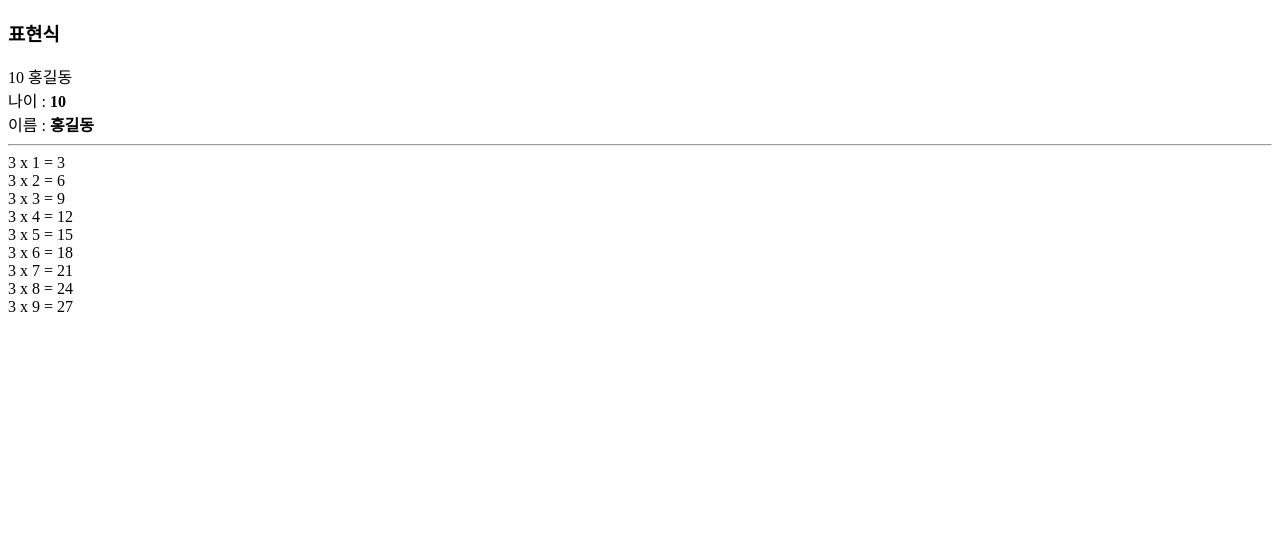
Repository: sun2898/JSP
Page: http://localhost/JSPBasic/jsptag/scriptlet02.jsp
The author's editor kept a copy of each file at every save. The page is drawn from the files as they stood at one save, then again after the next save.
The browser window is 1280 px wide. The pictures show the whole page.
The page is served by Tomcat 9. Nobody is signed in. The application's start-up code is not run.

Above is the page before, as saved 2023-06-01 06:29:47.

After the next save:
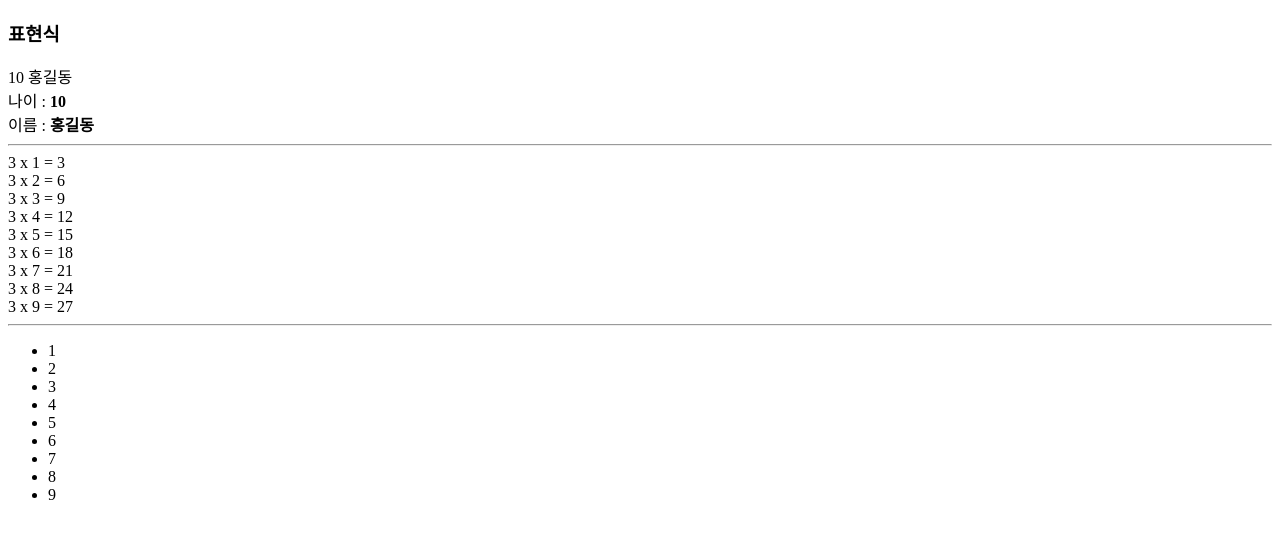
Saved 9 min 44 s later.
--- a/JSPBasic/src/main/webapp/jsptag/scriptlet02.jsp
+++ b/JSPBasic/src/main/webapp/jsptag/scriptlet02.jsp
@@ -25,13 +25,25 @@
 	나이 : <b><%= a %></b><br/>
 	이름 : <b><%= str %></b>
 
-	<hr>
+	<hr/>
 
 	<% for(int i = 1; i <= 9; i++) { %>
-	3 x <%=i %> = <%=3 * i %> <br>
+	3 x <%=i %> = <%=3 * i %> <br/>
 	<%} %>
 
+	<hr/>
 
+	<ul>
+		<li>1</li>
+		<li>2</li>
+		<li>3</li>
+		<li>4</li>
+		<li>5</li>
+		<li>6</li>
+		<li>7</li>
+		<li>8</li>
+		<li>9</li>
+	</ul>
 
 
 
